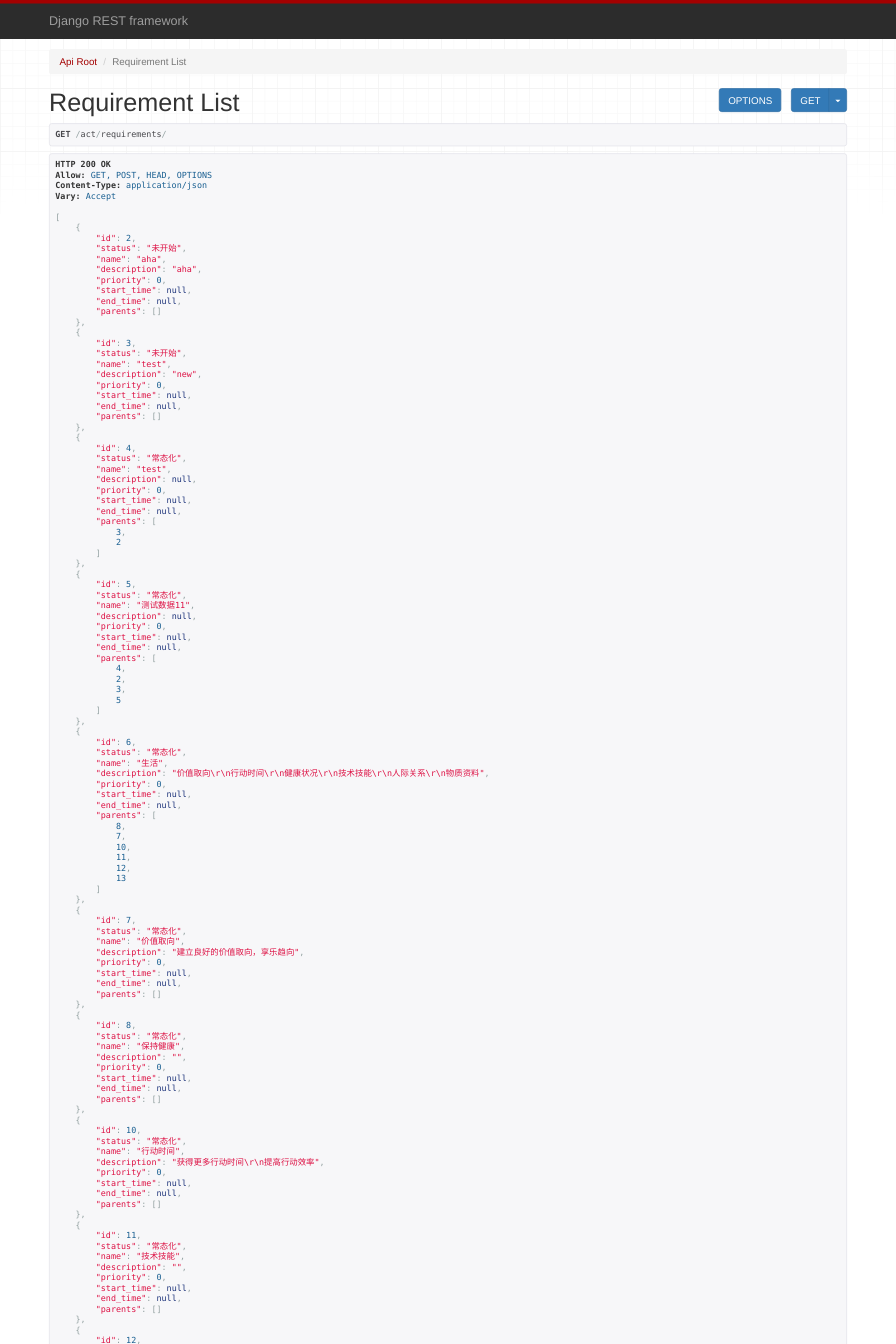
Repository: Floweroid/proj_mana
Page: http://localhost/act/requirements/
These files come from the project's save history. The page is drawn as it stood at one moment and after the next save; the edit follows.
The browser window is 1280 px wide. The pictures show the part of the page from y = 0 to 1920 px (the page is 2754 px tall before and 3249 px after), at 70% of full size.
Backgrounds fixed to the window are drawn as part of the page. The page is served by the project's application, run on Django 4.2 (manage.py). Other server files are loaded and not shown. The page reads the database file committed with the project.

Above is the page before, as saved 2024-05-20 08:55:12.

### act/models.py


from django.db import models

class Requirement(models.Model):
    name = models.CharField(max_length=100, verbose_name='名称')
    STATUS_CHOICES = (
        ('常态化', '常态化'),
        ('已取消', '已取消'),
        ('已完成', '已完成'),
        ('进行中', '进行中'),
        ('未开始', '未开始'),
    )
    status = models.CharField(max_length=10, choices=STATUS_CHOICES, verbose_name='状态', default='未开始')
    description = models.TextField(verbose_name='描述', null=True,blank=True)
    priority = models.IntegerField(verbose_name='优先级', default=0)
    created_at = models.DateTimeField(auto_now_add=True, verbose_name='创建时间')
    updated_at = models.DateTimeField(auto_now=True, verbose_name='更新时间')
    parents = models.ManyToManyField('self', through='RequirementRelationship', symmetrical=False, verbose_name='父需求')

    start_time = models.DateTimeField(verbose_name='开始时间', null=True, blank=True)
    end_time = models.DateTimeField(verbose_name='结束时间', null=True, blank=True)

    def __str__(self):
        return f"#{self.id}.{self.name}"

class RequirementRelationship(models.Model):
    from_requirement = models.ForeignKey(Requirement, related_name='from_requirements', on_delete=models.CASCADE,verbose_name='源需求')
    to_requirement = models.ForeignKey(Requirement, related_name='to_requirements', on_delete=models.CASCADE,verbose_name='衍生需求')
    created_at = models.DateTimeField(auto_now_add=True)
    updated_at = models.DateTimeField(auto_now=True)

    def __str__(self):
        return f"{self.from_requirement}->{self.to_requirement}"




class Note(models.Model):
    name = models.CharField(max_length=100, verbose_name='笔记名称')
    description = models.TextField(verbose_name='笔记',null=True)
    created_at = models.DateTimeField(auto_now_add=True, verbose_name='创建时间')
    updated_at = models.DateTimeField(auto_now=True, verbose_name='更新时间')

    def __str__(self):
        return self.name

### act/serializers.py
# serializers.py
from rest_framework import serializers
from .models import Note, Requirement



class NoteSerializer(serializers.ModelSerializer):
    class Meta:
        model = Note
        fields = '__all__'

class RequirementSerializer(serializers.ModelSerializer):
    start_time = serializers.DateTimeField(format='%Y-%m-%d %H:%M:%S', required=False)
    end_time = serializers.DateTimeField(format='%Y-%m-%d %H:%M:%S', required=False)
    class Meta:
        model = Requirement
        fields = ['id','status','name','description','priority','start_time','end_time','parents']

### act/views.py
# views.py
from rest_framework import viewsets
from .models import Note, Requirement
from .serializers import NoteSerializer, RequirementSerializer

class NoteViewSet(viewsets.ModelViewSet):
    queryset = Note.objects.all()
    serializer_class = NoteSerializer

class RequirementViewSet(viewsets.ModelViewSet):
    queryset = Requirement.objects.all()
    serializer_class = RequirementSerializer

### proj_mana/urls.py
"""
URL configuration for proj_mana project.

The `urlpatterns` list routes URLs to views. For more information please see:
    https://docs.djangoproject.com/en/4.2/topics/http/urls/
Examples:
Function views
    1. Add an import:  from my_app import views
    2. Add a URL to urlpatterns:  path('', views.home, name='home')
Class-based views
    1. Add an import:  from other_app.views import Home
    2. Add a URL to urlpatterns:  path('', Home.as_view(), name='home')
Including another URLconf
    1. Import the include() function: from django.urls import include, path
    2. Add a URL to urlpatterns:  path('blog/', include('blog.urls'))
"""
from django.contrib import admin
from django.urls import include, path

urlpatterns = [
    path("plan/", include("plan.urls")),
    path("req/", include("req_doc.urls")),
    path("act/", include("act.urls")),
    path('admin/', admin.site.urls),

]

### req_doc/urls.py
# urls.py
from django.urls import path, include
from rest_framework.routers import DefaultRouter
from .views import ProjectViewSet, DefinitionViewSet, RequirementViewSet

router = DefaultRouter()
router.register(r'projects', ProjectViewSet)
router.register(r'definitions', DefinitionViewSet)
router.register(r'requirements', RequirementViewSet)

urlpatterns = [
    path('', include(router.urls)),
]

### act/urls.py
# urls.py
from django.urls import path, include
from rest_framework.routers import DefaultRouter
from .views import RequirementViewSet

router = DefaultRouter()
router.register(r'requirements', RequirementViewSet)

urlpatterns = [
    path('', include(router.urls)),
]

### db.sqlite3 (the tables this page reads, as SQL)
CREATE TABLE "act_requirement" ("id" integer NOT NULL PRIMARY KEY AUTOINCREMENT, "name" varchar(100) NOT NULL, "status" varchar(10) NOT NULL, "description" text NULL, "priority" integer NOT NULL, "created_at" datetime NOT NULL, "updated_at" datetime NOT NULL, "end_time" datetime NULL, "start_time" datetime NULL);
INSERT INTO "act_requirement" VALUES
(2, 'aha', '未开始', 'aha', 0, '2024-05-20 09:56:51.737782', '2024-05-20 09:56:51.737782', NULL, NULL),
(3, 'test', '未开始', 'new', 0, '2024-05-20 10:03:12.002756', '2024-05-20 10:25:56.126600', NULL, NULL),
(4, 'test', '常态化', NULL, 0, '2024-05-20 10:37:39.781732', '2024-05-20 10:37:39.781732', NULL, NULL),
(5, '测试数据11', '常态化', NULL, 0, '2024-05-20 11:00:24.475576', '2024-05-20 11:48:23.272821', NULL, NULL),
(6, '生活', '常态化', '价值取向
行动时间
健康状况
技术技能
人际关系
物质资料', 0, '2024-05-20 11:56:26.645009', '2024-05-20 12:18:12.342924', NULL, NULL),
(7, '价值取向', '常态化', '建立良好的价值取向，享乐趋向', 0, '2024-05-20 11:59:38.397435', '2024-05-20 11:59:38.397435', NULL, NULL),
(8, '保持健康', '常态化', '', 0, '2024-05-20 12:11:55.927797', '2024-05-20 12:14:08.627678', NULL, NULL),
(10, '行动时间', '常态化', '获得更多行动时间
提高行动效率', 0, '2024-05-20 12:15:36.697730', '2024-05-20 12:24:03.105387', NULL, NULL),
(11, '技术技能', '常态化', '', 0, '2024-05-20 12:16:13.933418', '2024-05-20 12:23:20.174090', NULL, NULL),
(12, '物质资料', '常态化', '', 0, '2024-05-20 12:16:43.565997', '2024-05-20 12:22:35.271229', NULL, NULL),
(13, '人际关系', '常态化', '', 0, '2024-05-20 12:17:26.345968', '2024-05-20 12:17:26.345968', NULL, NULL);

CREATE TABLE "act_requirementrelationship" ("id" integer NOT NULL PRIMARY KEY AUTOINCREMENT, "created_at" datetime NOT NULL, "updated_at" datetime NOT NULL, "from_requirement_id" bigint NOT NULL REFERENCES "act_requirement" ("id") DEFERRABLE INITIALLY DEFERRED, "to_requirement_id" bigint NOT NULL REFERENCES "act_requirement" ("id") DEFERRABLE INITIALLY DEFERRED);
INSERT INTO "act_requirementrelationship" VALUES
(2, '2024-05-20 10:37:39.790740', '2024-05-20 10:37:39.790740', 4, 3),
(3, '2024-05-20 10:37:39.790740', '2024-05-20 10:37:39.790740', 4, 2),
(4, '2024-05-20 11:00:24.483582', '2024-05-20 11:00:24.483582', 5, 4),
(5, '2024-05-20 11:00:24.484583', '2024-05-20 11:00:24.484583', 5, 2),
(6, '2024-05-20 11:00:24.484583', '2024-05-20 11:00:24.484583', 5, 3),
(7, '2024-05-20 11:47:50.992612', '2024-05-20 11:47:50.992612', 5, 5),
(8, '2024-05-20 12:14:10.367260', '2024-05-20 12:14:10.367260', 6, 8),
(9, '2024-05-20 12:18:14.080741', '2024-05-20 12:18:14.080741', 6, 7),
(10, '2024-05-20 12:18:14.081742', '2024-05-20 12:18:14.081742', 6, 10),
(11, '2024-05-20 12:18:14.081742', '2024-05-20 12:18:14.081742', 6, 11),
(12, '2024-05-20 12:18:14.081742', '2024-05-20 12:18:14.081742', 6, 12),
(13, '2024-05-20 12:18:14.081742', '2024-05-20 12:18:14.081742', 6, 13);

Loaded but not shown: plan/urls.py (common file)

After the next save:
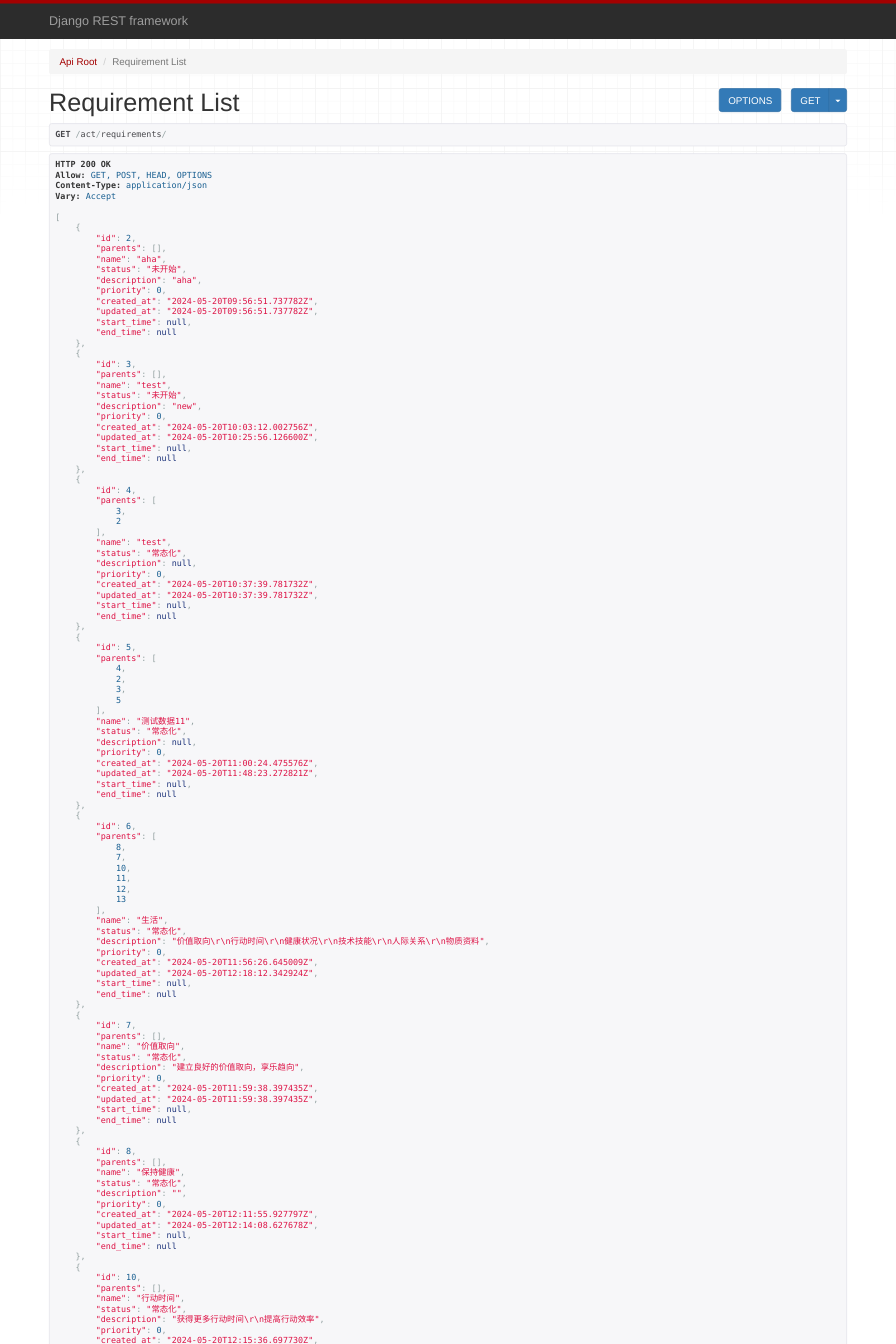
Saved 2 min 20 s later.
--- a/act/serializers.py
+++ b/act/serializers.py
@@ -1,6 +1,6 @@
 # serializers.py
 from rest_framework import serializers
-from .models import Note, Requirement
+from .models import Note, Requirement,RequirementRelationship
 
 
 
@@ -10,8 +10,16 @@ class NoteSerializer(serializers.ModelSerializer):
         fields = '__all__'
 
 class RequirementSerializer(serializers.ModelSerializer):
-    start_time = serializers.DateTimeField(format='%Y-%m-%d %H:%M:%S', required=False)
-    end_time = serializers.DateTimeField(format='%Y-%m-%d %H:%M:%S', required=False)
+    parents = serializers.PrimaryKeyRelatedField(many=True, queryset=Requirement.objects.all(), required=False)
+
     class Meta:
         model = Requirement
-        fields = ['id','status','name','description','priority','start_time','end_time','parents']
+        fields = '__all__'
+
+    def create(self, validated_data):
+        parents_data = validated_data.pop('parents', None)
+        requirement = Requirement.objects.create(**validated_data)
+        if parents_data:
+            for parent in parents_data:
+                RequirementRelationship.objects.create(from_requirement=parent, to_requirement=requirement)
+        return requirement
